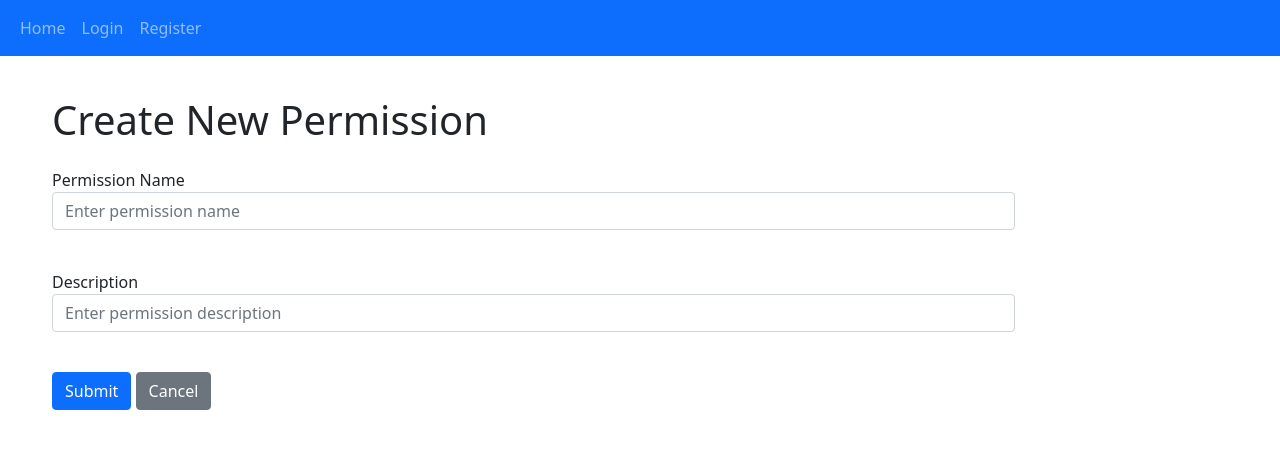
Repository: Matsikembareb/myPowervision
Page: http://localhost/create-permission
The author's editor kept a copy of each file at every save. The page is drawn from the files as they stood at one save, then again after the next save.
The browser window is 1280 px wide. The pictures show the whole page.
The page is served by the project's application, run on Flask 3 (01prototype/myPowervision/__init__.py).

Above is the page before, as saved 2025-09-26 16:36:56.

After the next save:
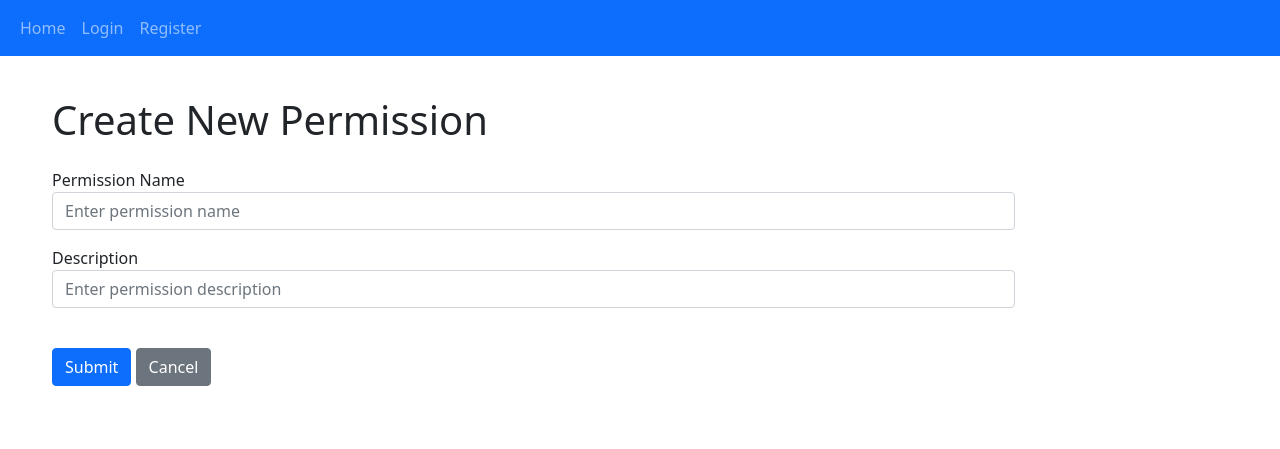
Saved 22 s later.
--- a/01prototype/myPowervision/templates/user_management/create_permission.html
+++ b/01prototype/myPowervision/templates/user_management/create_permission.html
@@ -6,7 +6,7 @@
       {{ form.hidden_tag() }}
       <p>
         {{ form.name.label }}<br>
-        {{ form.name(class="form-control", placeholder="Enter permission name") }}<br>
+        {{ form.name(class="form-control", placeholder="Enter permission name") }}
         {% for error in form.name.errors %}
           <span style="color: red;">[{{ error }}]</span>
         {% endfor %}
